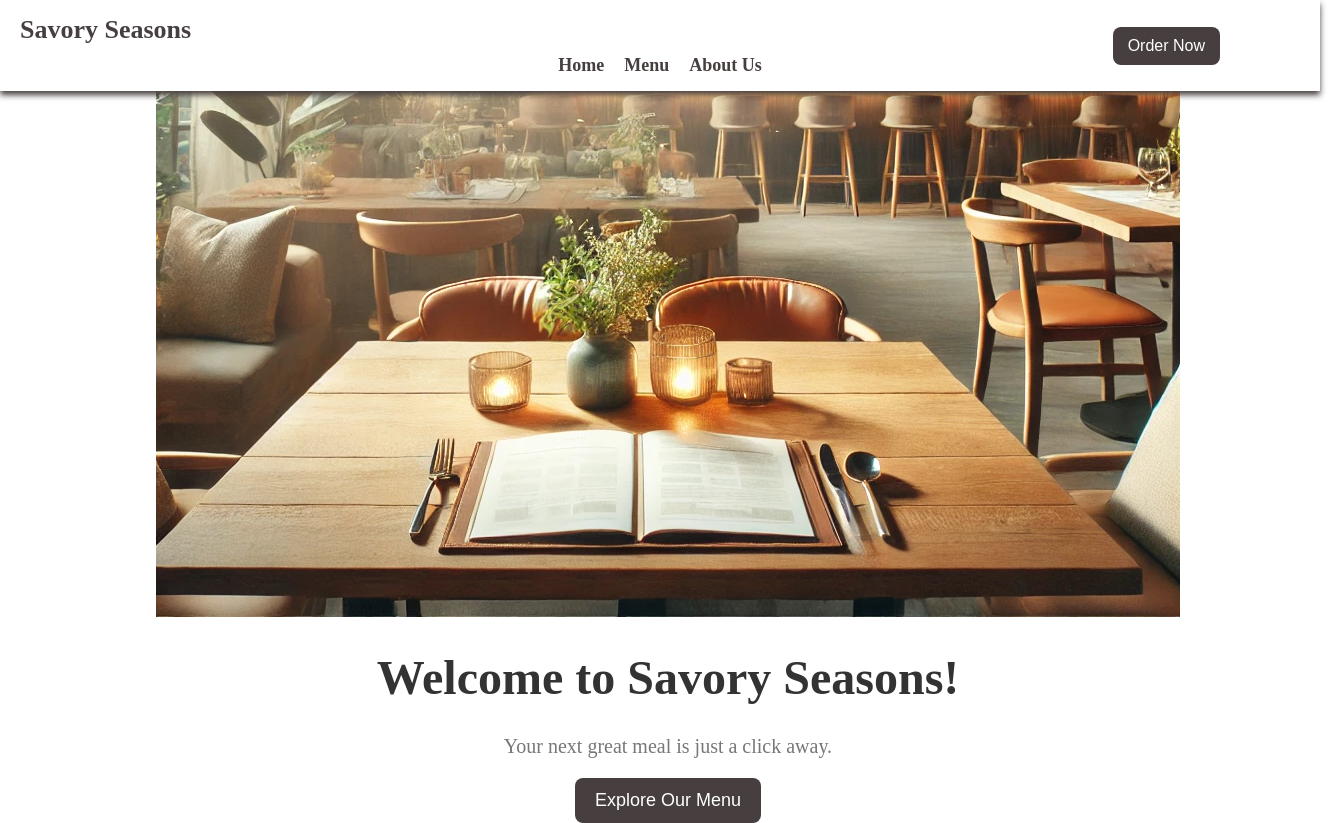
Repository: KalebMalone/Resturant
Page: / (app in my-app/)
The author's editor kept a copy of each file at every save. The page is drawn from the files as they stood at one save, then again after the next save.
The browser window is 1280 px wide. The page is 1328 px wide, so the pictures cover 1328 px, including what lies to the right of the window. The pictures show the whole page.
The project was rebuilt for these pictures with package versions that can differ from the ones it lists, and the page was loaded fresh each time. Also part of the build but not shown: my-app/vite.config.js, my-app/src/index.css, my-app/src/components/Menu.jsx, my-app/src/pages/AboutUs.jsx, my-app/src/components/OrderPage.jsx.

Above is the page before, as saved 2025-03-16 17:54:17.

### my-app/src/App.jsx
// src/App.js
import React from 'react';
import { BrowserRouter as Router, Routes, Route } from 'react-router-dom';
import NavBar from './components/NavBar';
import Home from './pages/Home';
import Menu from './components/Menu';
import AboutUs from './pages/AboutUs';
import OrderPage from './components/OrderPage';

function App() {
  return (
    <Router>
      <NavBar />
      <Routes>
        <Route path="/" element={<Home />} />
        <Route path="/menu" element={<Menu />} />
        <Route path="/about" element={<AboutUs />} />
        <Route path="/order" element={<OrderPage />} />
      </Routes>
    </Router>
  );
}

export default App;

### my-app/src/components/NavBar.jsx
import { Link, useNavigate } from "react-router-dom";
import styled from "styled-components";

// Styling for the Header (Navbar container)
const Header = styled.header`
  position: fixed;
  top: 0;
  left: 0;
  width: 100%;
  background-color: rgb(255, 255, 255);
  padding: 15px 20px;
  box-shadow: 0 4px 6px rgb(71, 63, 63);
  z-index: 1000;
`;

// Title of the Navbar, clickable to navigate to Home
const Title = styled.h1`
  font-size: 26px;
  font-weight: bold;
  color:rgb(71, 63, 63);
  margin: 0;
  padding: 0;
  cursor: pointer;
  &:hover {
    color:rgb(71, 63, 63);
  }
`;

// Navigation container for the links
const Navigation = styled.nav`
  display: flex;
  gap: 20px;
  justify-content: center;
  margin-top: 10px;
`;

// Styling for individual navigation links
const StyledNavLink = styled(Link)`
  text-decoration: none;
  color:rgb(71, 63, 63);
  font-weight: bold;
  font-size: 18px;
  &:hover {
    color:rgb(71, 63, 63);
  }
`;

// Styling for the Order Now button
const OrderButton = styled.button`
  background:rgb(71, 63, 63);
  color: white;
  border: none;
  padding: 10px 15px;
  border-radius: 8px;
  cursor: pointer;
  font-size: 16px;
  position: absolute;
  right: 100px;
  top: 50%;
  transform: translateY(-50%);
  &:hover {
    background:rgb(71, 63, 63);
  }
`;

function NavBar() {
    const navigate = useNavigate();  // Hook to programmatically navigate

    const handleOrderNow = () => {
        navigate("/order");  // Navigates to the OrderPage
    };

    return (
        <Header>
            <Link to="/" style={{ textDecoration: 'none' }}>
                <Title>Savory Seasons</Title>
            </Link>
            <Navigation>
                <StyledNavLink to="/">Home</StyledNavLink>
                <StyledNavLink to="/menu">Menu</StyledNavLink>
                <StyledNavLink to="/about">About Us</StyledNavLink>
            </Navigation>

            {/* Order Now Button */}
            <OrderButton onClick={handleOrderNow}>Order Now</OrderButton>
        </Header>
    );
}

export default NavBar;

### my-app/src/pages/Home.jsx
import React from 'react';
import { useNavigate } from 'react-router-dom';
import styled from 'styled-components';

const Container = styled.div`
  background-color: #fff;
  display: flex;
  flex-direction: column;
  align-items: center;
  justify-content: center;
  height: 50vh;
  width: 100vw;
  text-align: center;
  padding: 20px;
  margin: 0;
`;

const Heading = styled.h1`
  font-size: 48px;
  color: #333;
  margin-bottom: 10px;
`;

const SubHeading = styled.p`
  font-size: 20px;
  color: #777;
  margin-bottom: 20px;
`;

const Button = styled.button`
  background-color:rgb(71, 63, 63);
  color: white;
  font-size: 18px;
  padding: 12px 20px;
  border: none;
  border-radius: 8px;
  cursor: pointer;
  &:hover {
    background-color:rgb(71, 63, 63);
  }
`;

const Image = styled.img`
  width: 100%;
  max-width: 500px;
  border-radius: 10px;
  margin-bottom: 20px;
`;

function Home() {
    const navigate = useNavigate(); // Initialize the navigation hook

    const goToMenu = () => {
        navigate("/menu"); // Navigate to the menu page when button is clicked
    };

    return (
        <Container>
            <img alt="Restaurant" src="/images/restaurant.jpg" />
            <Heading>Welcome to Savory Seasons!</Heading>
            <SubHeading>Your next great meal is just a click away.</SubHeading>
            <Button onClick={goToMenu}>Explore Our Menu</Button>
        </Container>
    );
}

export default Home;

Loaded but not shown: my-app/index.html (common file); my-app/src/main.jsx (common file)

After the next save:
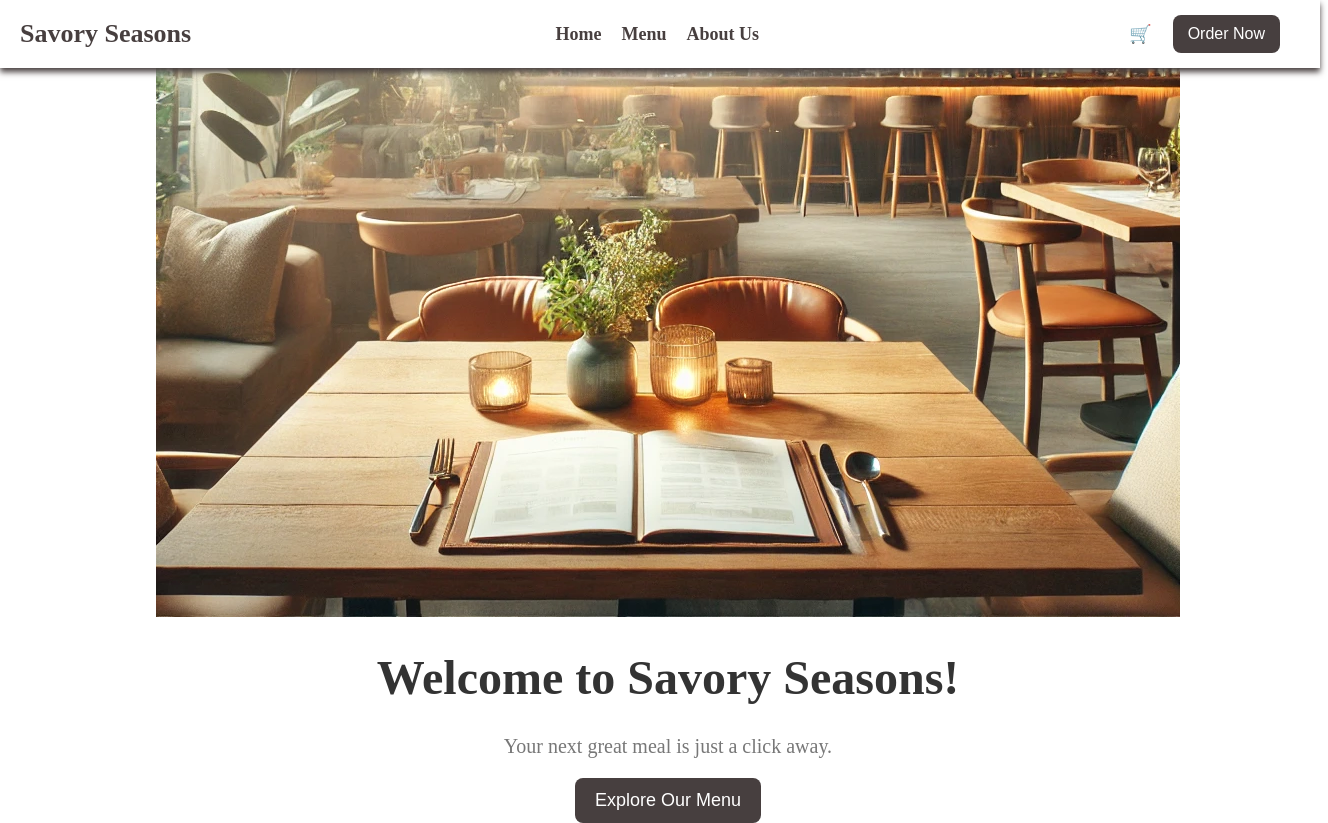
Saved 12 days later.
--- a/my-app/src/components/NavBar.jsx
+++ b/my-app/src/components/NavBar.jsx
@@ -1,4 +1,5 @@
 import { Link, useNavigate } from "react-router-dom";
+import { useState } from "react";
 import styled from "styled-components";
 
 // Styling for the Header (Navbar container)
@@ -11,18 +12,20 @@ const Header = styled.header`
   padding: 15px 20px;
   box-shadow: 0 4px 6px rgb(71, 63, 63);
   z-index: 1000;
+  display: flex;
+  align-items: center;
+  justify-content: space-between;
 `;
 
 // Title of the Navbar, clickable to navigate to Home
 const Title = styled.h1`
   font-size: 26px;
   font-weight: bold;
-  color:rgb(71, 63, 63);
+  color: rgb(71, 63, 63);
   margin: 0;
-  padding: 0;
   cursor: pointer;
   &:hover {
-    color:rgb(71, 63, 63);
+    color: rgb(71, 63, 63);
   }
 `;
 
@@ -31,60 +34,89 @@ const Navigation = styled.nav`
   display: flex;
   gap: 20px;
   justify-content: center;
-  margin-top: 10px;
+  flex-grow: 1;
 `;
 
 // Styling for individual navigation links
 const StyledNavLink = styled(Link)`
   text-decoration: none;
-  color:rgb(71, 63, 63);
+  color: rgb(71, 63, 63);
   font-weight: bold;
   font-size: 18px;
   &:hover {
-    color:rgb(71, 63, 63);
+    color: rgb(71, 63, 63);
   }
+`;
+
+// Styled Cart Button
+const CartButton = styled.button`
+  background: none;
+  border: none;
+  font-size: 18px;
+  color: rgb(71, 63, 63);
+  cursor: pointer;
+  position: relative;
+  margin-right: 15px;
+
+  &:hover {
+    color: rgb(50, 50, 50);
+  }
+`;
+
+// Cart Item Count Badge
+const CartBadge = styled.span`
+  background: red;
+  color: white;
+  font-size: 12px;
+  font-weight: bold;
+  border-radius: 50%;
+  padding: 3px 7px;
+  position: absolute;
+  top: -5px;
+  right: -10px;
 `;
 
 // Styling for the Order Now button
 const OrderButton = styled.button`
-  background:rgb(71, 63, 63);
+  background: rgb(71, 63, 63);
   color: white;
   border: none;
   padding: 10px 15px;
   border-radius: 8px;
   cursor: pointer;
   font-size: 16px;
-  position: absolute;
-  right: 100px;
-  top: 50%;
-  transform: translateY(-50%);
+  margin-right: 20px;
   &:hover {
-    background:rgb(71, 63, 63);
+    background: rgb(50, 50, 50);
   }
 `;
 
 function NavBar() {
-    const navigate = useNavigate();  // Hook to programmatically navigate
+  const navigate = useNavigate();
+  const [cartCount, setCartCount] = useState(0); // Example state, replace with real data
 
-    const handleOrderNow = () => {
-        navigate("/order");  // Navigates to the OrderPage
-    };
+  return (
+    <Header>
+      <Link to="/" style={{ textDecoration: "none" }}>
+        <Title>Savory Seasons</Title>
+      </Link>
 
-    return (
-        <Header>
-            <Link to="/" style={{ textDecoration: 'none' }}>
-                <Title>Savory Seasons</Title>
-            </Link>
-            <Navigation>
-                <StyledNavLink to="/">Home</StyledNavLink>
-                <StyledNavLink to="/menu">Menu</StyledNavLink>
-                <StyledNavLink to="/about">About Us</StyledNavLink>
-            </Navigation>
+      <Navigation>
+        <StyledNavLink to="/">Home</StyledNavLink>
+        <StyledNavLink to="/menu">Menu</StyledNavLink>
+        <StyledNavLink to="/about">About Us</StyledNavLink>
+      </Navigation>
 
-            {/* Order Now Button */}
-            <OrderButton onClick={handleOrderNow}>Order Now</OrderButton>
-        </Header>
-    );
+      {/* Cart Button */}
+      <CartButton onClick={() => navigate("/cart")}>
+        🛒
+        {cartCount > 0 && <CartBadge>{cartCount}</CartBadge>}
+      </CartButton>
+
+      {/* Order Now Button */}
+      <OrderButton onClick={() => navigate("/order")}>Order Now</OrderButton>
+    </Header>
+  );
 }
 
 export default NavBar;
